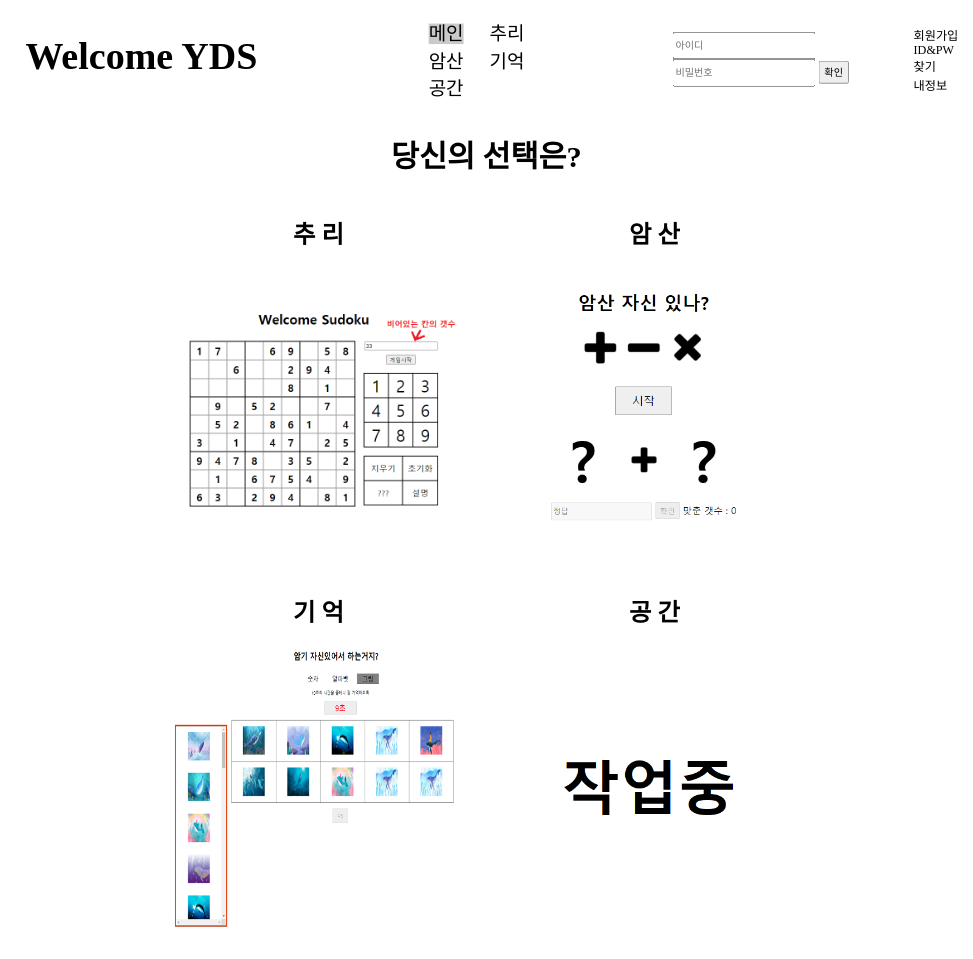
Repository: ejrtn/springbootMaven
Page: deoksu/src/main/resources/static/main.html
The author's editor kept a copy of each file at every save. The page is drawn from the files as they stood at one save, then again after the next save.
The browser window is 1280 px wide. The pictures show the whole page, at 76% of full size.

Above is the page before, as saved 2021-04-10 17:06:08.

After the next save:
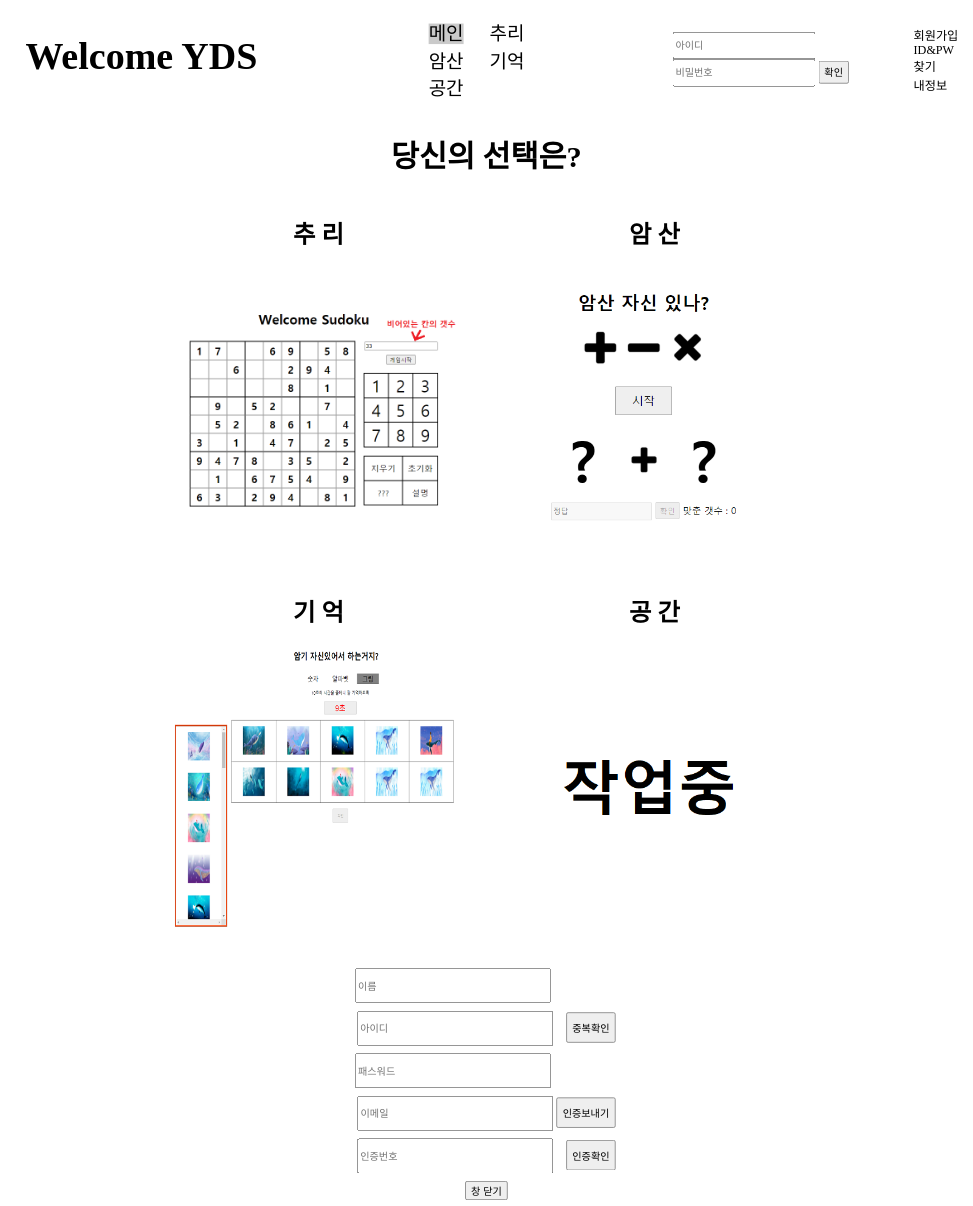
Saved 29 s later.
--- a/deoksu/src/main/resources/static/main.html
+++ b/deoksu/src/main/resources/static/main.html
@@ -5,38 +5,7 @@
 <title>Insert title here</title>
 	<style type="text/css">
 		img {width: 400px; cursor: pointer;}
-		#modal1 {
-          display: none;
-          position:absolute;
-          width:100%;
-          height:100%;
-          z-index:9999;
-          top: 100px;
-        }
 
-        #modal1 button {
-          display:inline-block;
-          width:100px;
-          margin-left:calc(100% - 100px - 10px);
-        }
-
-        #modal1 .modal_content {
-          width:370px;
-          margin:100px auto;
-          padding:20px 10px;
-          background:#fff;
-          border:2px solid #666;
-        }
-
-        #modal1 .modal_layer {
-          position:fixed;
-          top:0;
-          left:0;
-          width:100%;
-          height:100%;
-          background:rgba(0, 0, 0, 0.5);
-          z-index:-1;
-    	}
 	</style>
 	<script  src="http://code.jquery.com/jquery-latest.min.js"></script>
 	<script src=header.js></script>
